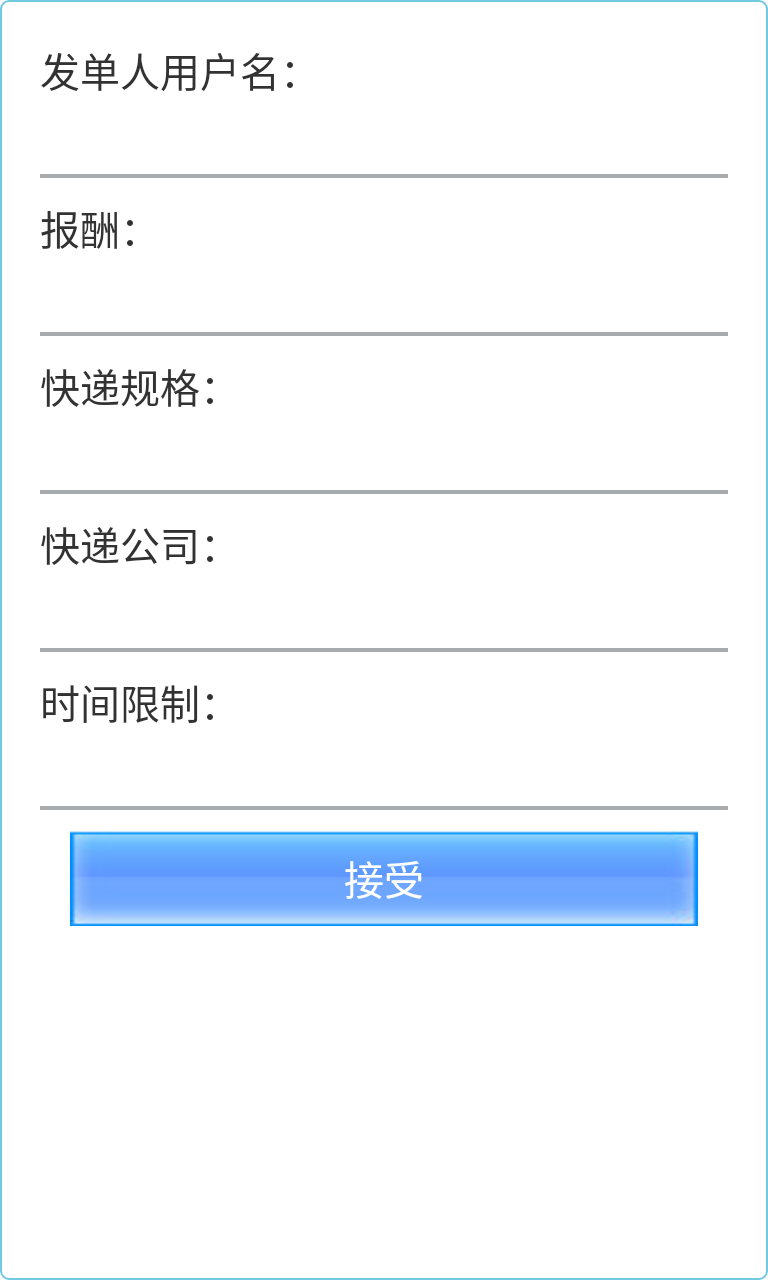
Repository: fariashen/campus-express
Layout: easyCourier/res/layout/activity_requestdetail.xml
The author's editor kept a copy of each file at every save. The layout is drawn from the files as they stood at one save, then again after the next save.
It is drawn on a 768 x 1280 px phone screen (xhdpi) without system bars, with theme AppTheme; the app's code is not run.

Above is the layout before, as saved 2016-04-26 13:07:23.

After the next save:
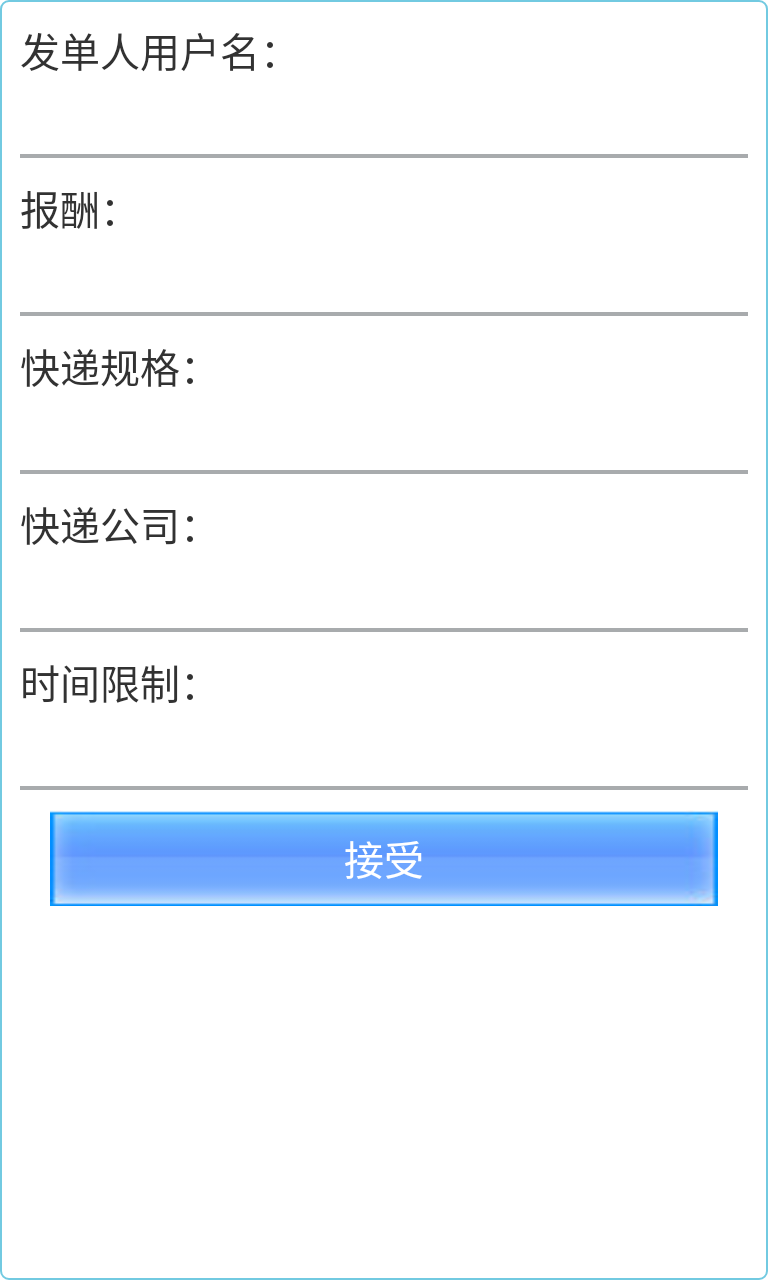
Saved 10 s later.
--- a/easyCourier/res/layout/activity_requestdetail.xml
+++ b/easyCourier/res/layout/activity_requestdetail.xml
@@ -16,7 +16,7 @@
         <LinearLayout
             android:layout_width="match_parent"
             android:layout_height="match_parent"
-            android:layout_margin="20dp"
+            android:layout_margin="10dp"
             android:gravity="center"
             android:orientation="vertical" >
 
